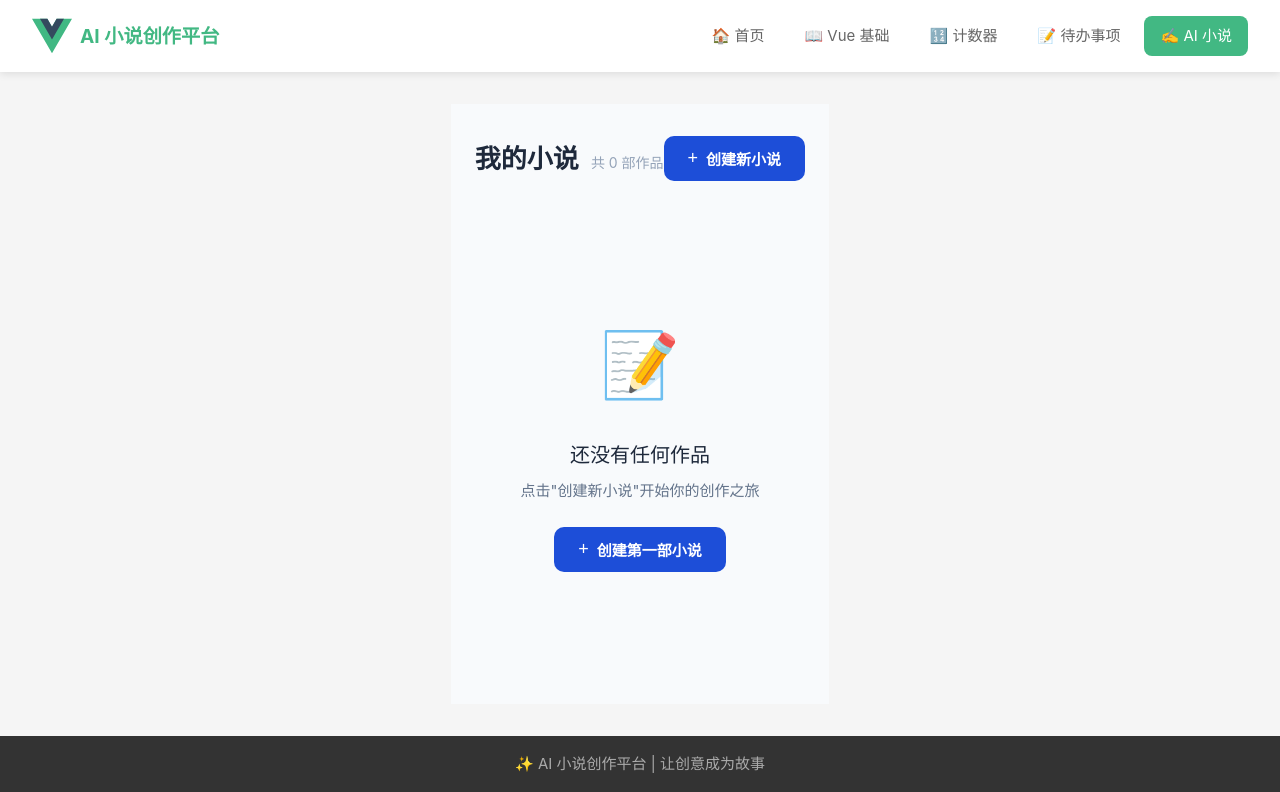
Repository: SergeXie/ai-novel-writer
Page: /novel (app in vue-project/)
These files come from the project's save history. The page is drawn as it stood at one moment and after the next save; the edit follows.
The browser window is 1280 px wide. The pictures show the whole page.
The page's requests for data from a server got no answer. The project was rebuilt for these pictures with package versions that can differ from the ones it lists, and the page was loaded fresh each time. No one was signed in, and anything a server would have sent is missing. Also part of the build but not shown: vue-project/vite.config.ts, vue-project/src/views/HomeView.vue.

Above is the page before, as saved 2026-07-15 16:08:44.

After the next save:
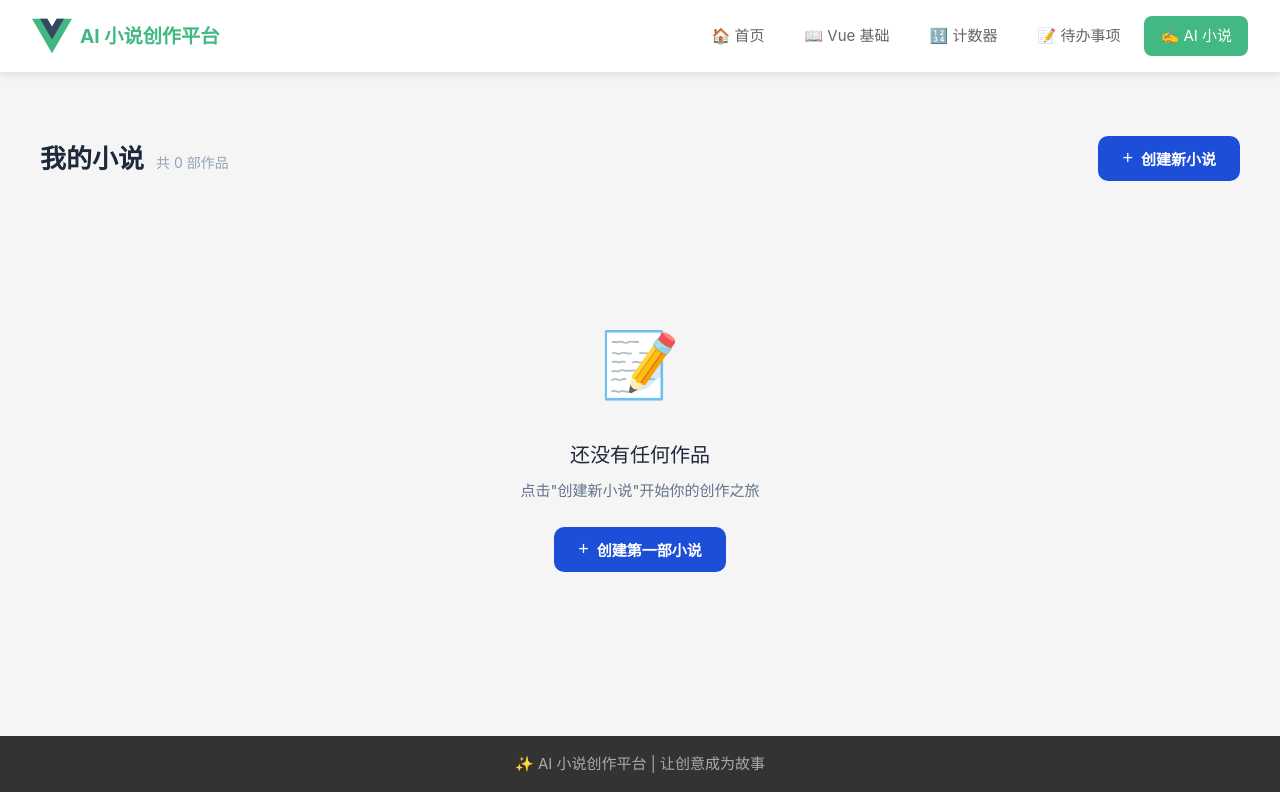
Saved 23 min 37 s later.
--- a/vue-project/src/views/NovelListView.vue
+++ b/vue-project/src/views/NovelListView.vue
@@ -268,11 +268,10 @@ onMounted(() => {
 <style scoped>
 /* 整体容器 */
 .novel-list-container {
-  max-width: 1100px;
-  margin: 0 auto;
-  padding: 32px 24px;
+  width: 100%;
+  padding: 32px 40px;
   min-height: 100%;
-  background: #f8fafc;
+  box-sizing: border-box;
 }
 
 /* 页面头部 */
